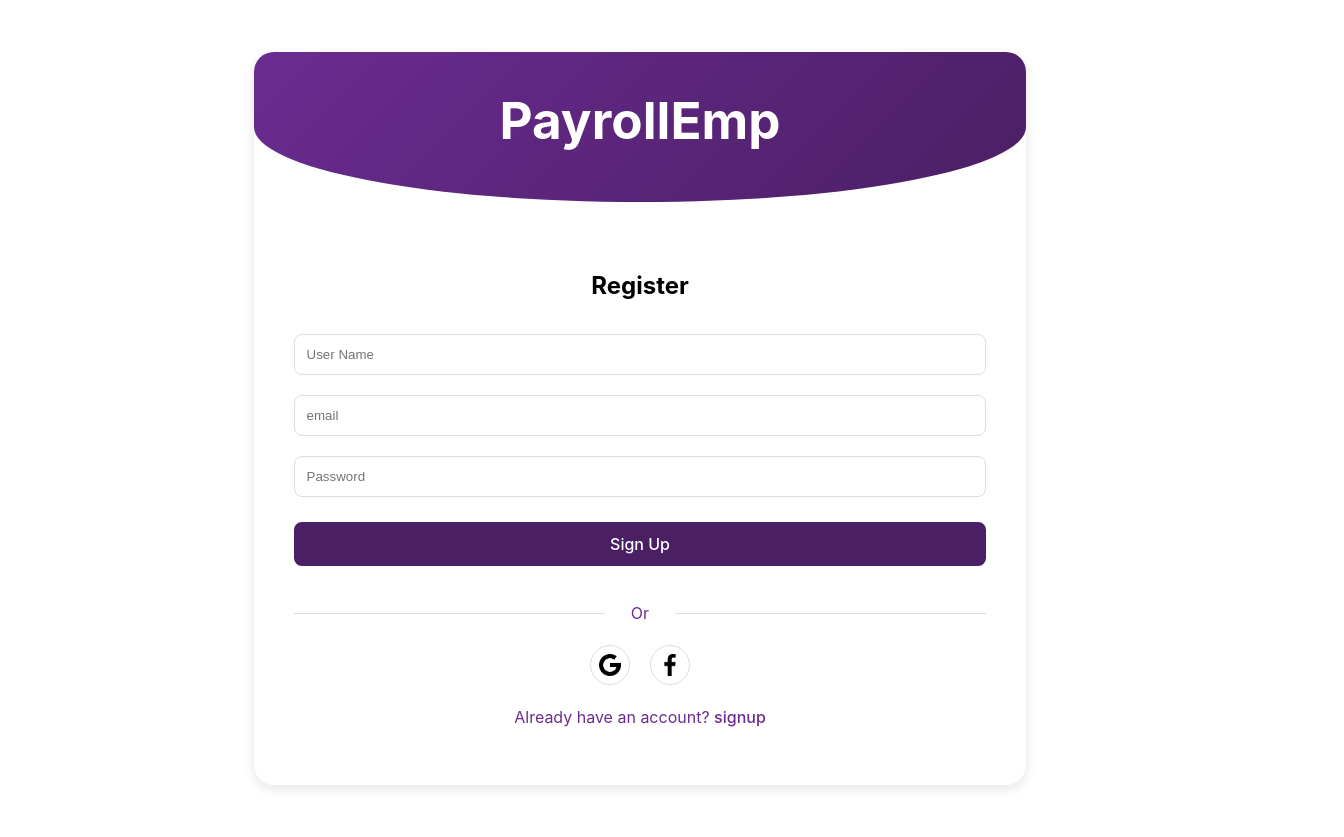
Repository: nino-pixel/payrolllatest
Page: /signup (app in web_vue/)
The author's editor kept a copy of each file at every save. The page is drawn from the files as they stood at one save, then again after the next save.
The browser window is 1280 px wide. The page is 1280 px wide, then 1344 px, so the pictures cover 1344 px, including what lies to the right of the window. The pictures show the whole page.
The project was rebuilt for these pictures with package versions that can differ from the ones it lists, and the page was loaded fresh each time. Also part of the build but not shown: web_vue/vite.config.js, web_vue/src/components/login_page.vue.

Above is the page before, as saved 2024-12-18 19:51:31.

### web_vue/src/App.vue

<template>
 <router-view></router-view>

</template>

<script>
import login_page from './components/login_page.vue'
 // Import the component

export default {
  name: 'App',
  components: {
    login_page,
  }
}
</script>
<style scoped>
* {
    margin: 0;
    padding: 0;
    box-sizing: border-box;
}

body, html {
    height: 100%;
    width: 100%;
    margin: 0;
    padding: 0;
    overflow-x: hidden;
    overflow-y: hidden;
}

#app {
    min-height: 100vh;
    width: 100%;
}
</style>

### web_vue/src/router/index.js
import { createRouter, createWebHistory } from 'vue-router'
import LoginPage from '../components/login_page.vue'
import SignupPage from '../components/sign_up.vue'


const routes = [
  {
    path: '/',
    name: 'Login',
    component: LoginPage
  },
  {
    path: '/signup',
    name: 'Signup',
    component: SignupPage
  }
  // Add other routes here as needed
]

const router = createRouter({
  history: createWebHistory(),
  routes
})

export default router

### web_vue/src/components/sign_up.vue
<template>
  <div class="signup-container">
    <div class="wave-bg"></div>
    <h1>PayrollEmp</h1>

    <div class="signup-form">
      <h2>Register</h2>
      <input
        type="text"
        v-model="username"
        placeholder="User Name"
      >
      <input
        type="text"
        v-model="email"
        placeholder="email"
      >
      <input
        type="password"
        v-model="password"
        placeholder="Password"
      >
      <button
        class="sign-up"
        @click="handlesignup"
      >
        Sign Up
      </button>

      <div class="divider">
        <span>Or</span>
      </div>

      <div class="social-signup">
        <button class="google" @click="handleGooglesignup">
          <img src="../assets/google-icon.png" alt="Google">
        </button>
        <button class="facebook" @click="handleFacebooksignup">
          <img src="../assets/facebook-icon.png" alt="Facebook">

        </button>
      </div>

      <p class="signup-link">
    Already have an account?
    <router-link :to="{path: '/'}">signup</router-link>
  </p>
    </div>
  </div>
</template>

<script>
export default {
  name: 'signupPage',
  data() {
    return {
      username: '',
      password: ''
    }
  },
  methods: {
    handlesignup() {
      // Implement signup logic here
      console.log('signup attempt with:', {
        username: this.username,
        password: this.password
      })
    },
    handleGooglesignup() {
      // Implement Google signup logic
      console.log('Google signup clicked')
    },
    handleFacebooksignup() {
      // Implement Facebook signup logic
      console.log('Facebook signup clicked')
    },
    goToSignup() {
      // Implement navigation to signup page
      console.log('Navigate to signup')
      // this.$router.push('/signup')
    }
  }
}
</script>

<style scoped>
h2{
  color: black;
}
/* Your existing CSS remains the same */
body {
    margin: 0;
    font-family: Arial, sans-serif;
    background: #f5f5f5;
    overflow-y: hidden;
}

.signup-container {
  width: 100%;
    position: relative;
    min-height: 100vh;  /* Changed from max-width to min-height */
    margin: 20px auto;
    padding: 20px;
    background: white;
    border-radius: 20px;
    box-shadow: 0 4px 12px rgba(0,0,0,0.1);
    display: flex;      /* Added for better centering */
    flex-direction: column;
    align-items: center;
}

.wave-bg {
    position: absolute;
    top: 0;
    left: 0;
    right: 0;
    height: 150px;
    background: linear-gradient(135deg, #6b2c91, #4a1f64);
    border-radius: 20px 20px 50% 50%;
}

h1 {
    color: white;
    position: relative;
    margin: 20px;
}

.signup-form {
    padding: 20px;
    margin-top: 60px;
}

input {
    width: 100%;
    padding: 12px;
    margin: 10px 0;
    border: 1px solid #ddd;
    border-radius: 8px;
    box-sizing: border-box;
}

.sign-up {
    width: 100%;
    padding: 12px;
    background: #4a1f64;
    color: white;
    border: none;
    border-radius: 8px;
    margin: 15px 0;
    cursor: pointer;
}

.divider {
    text-align: center;
    margin: 20px 0;
    position: relative;

    color: #6b2c91;
}

.divider::before,
.divider::after {
    content: "";
    position: absolute;
    top: 50%;
    width: 45%;
    height: 1px;
    background: #ddd;

    color: #6b2c91;
}

.divider::before { left: 0; }
.divider::after { right: 0; }

.social-signup {
    display: flex;
    justify-content: center;
    gap: 20px;
}

.social-signup button {
    width: 40px;
    height: 40px;
    border-radius: 50%;
    border: 1px solid #ddd;
    background: white;
    cursor: pointer;
    padding: 8px;
}

.social-signup img {
    width: 100%;
    height: 100%;
    object-fit: contain;
}

.signup-link {
    text-align: center;
    margin-top: 20px;
    color: #6b2c91;

}

.signup-link a {
    color: #6b2c91;
    text-decoration: none;
}
</style>

Loaded but not shown: web_vue/src/main.js (common file); web_vue/src/style.css (common file)

After the next save:
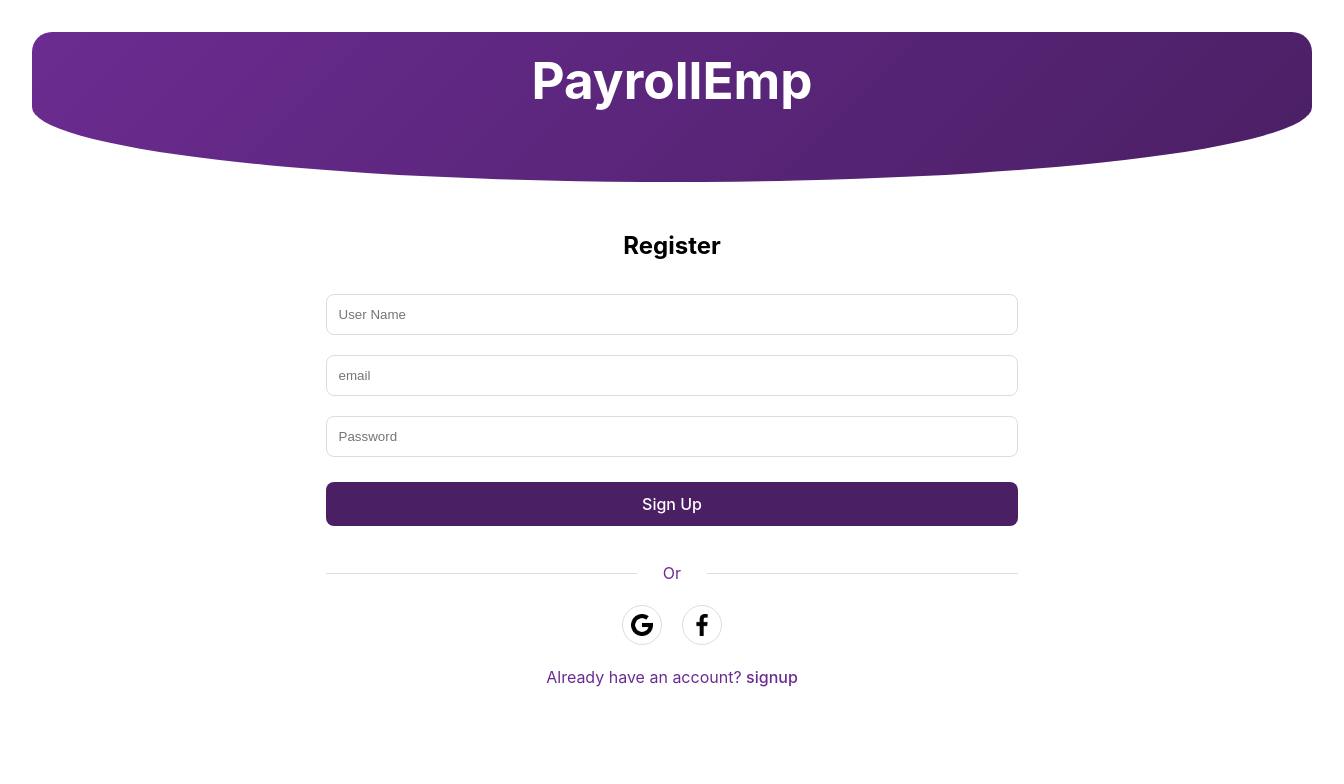
Saved 18 s later.
--- a/web_vue/src/components/sign_up.vue
+++ b/web_vue/src/components/sign_up.vue
@@ -96,17 +96,16 @@ body {
 }
 
 .signup-container {
-  width: 100%;
+  width: 100vw;           /* Full viewport width */
+    height: 100vh;          /* Full viewport height */
     position: relative;
-    min-height: 100vh;  /* Changed from max-width to min-height */
-    margin: 20px auto;
-    padding: 20px;
+    margin: 0;              /* Remove margins */
+    padding: 0;             /* Remove padding */
     background: white;
-    border-radius: 20px;
-    box-shadow: 0 4px 12px rgba(0,0,0,0.1);
-    display: flex;      /* Added for better centering */
+    display: flex;
     flex-direction: column;
     align-items: center;
+    overflow: hidden;
 }
 
 .wave-bg {
